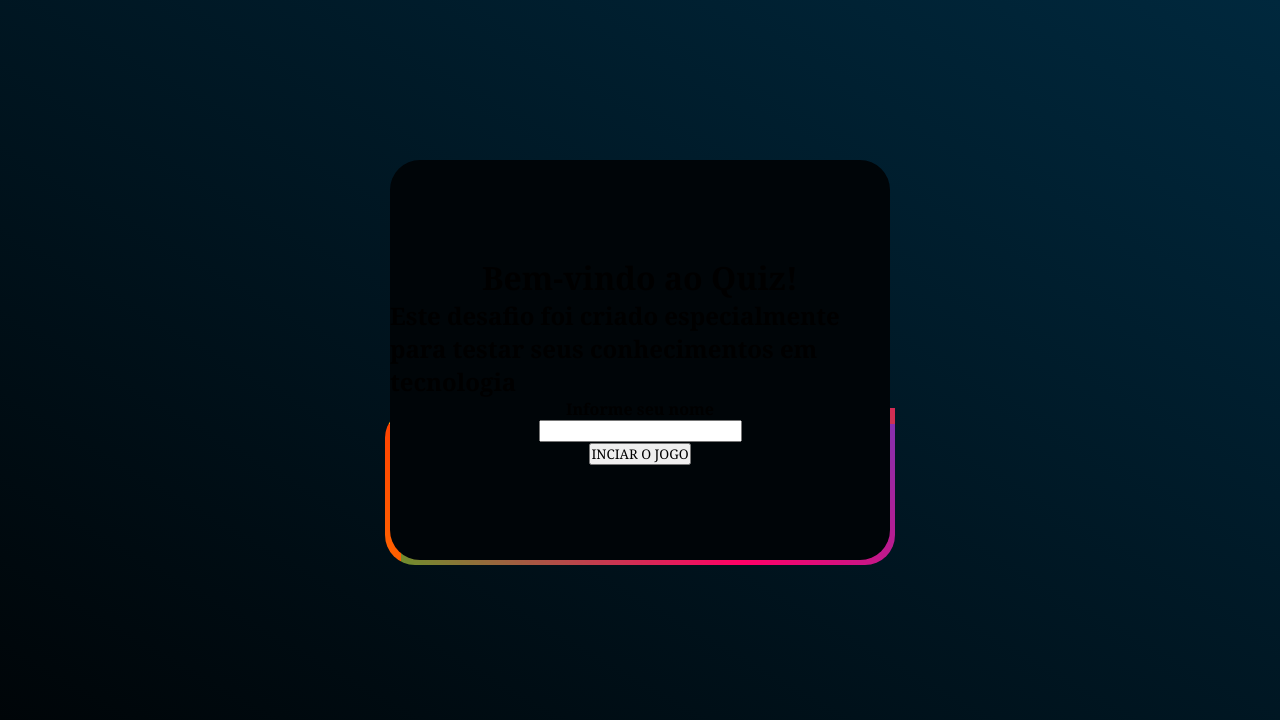
Repository: LaisSilvaO/Projeto-Quizz
Page: telas/apresentação.html
An editor plug-in stored every save of this project. The page is shown before and after the next save, followed by the edit.
The browser window is 1280 px wide. The pictures show the whole page.

Above is the page before, as saved 2024-12-25 20:13:26.

After the next save:
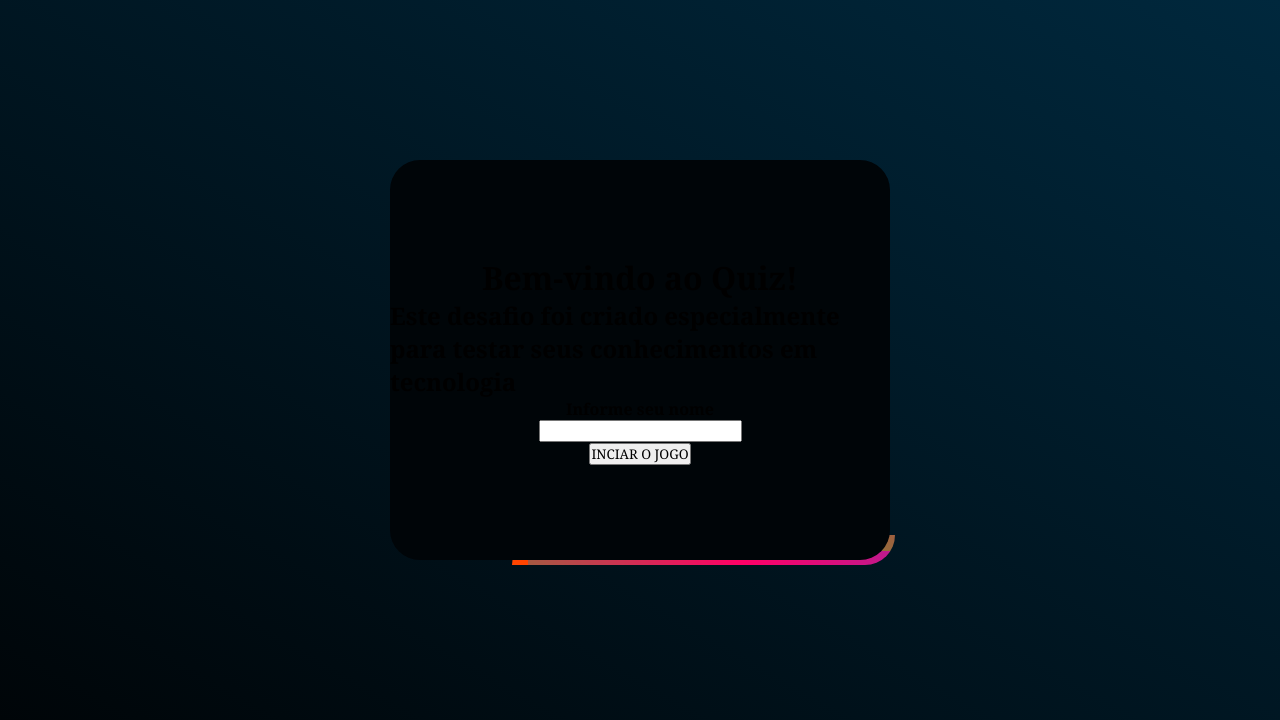
Saved 23 s later.
--- a/img/tela.css
+++ b/img/tela.css
@@ -80,11 +80,11 @@ main {
     top: 380px;
     left: 380px; /* Canto inferior direito */
 }
-50% {
+75% {
     top: 380px;
     left: 0; /* Canto inferior esquerdo */
 }
-100% {
+25% {
     top: 0;
     left: 0; /* Retorna ao canto superior esquerdo */
 }
